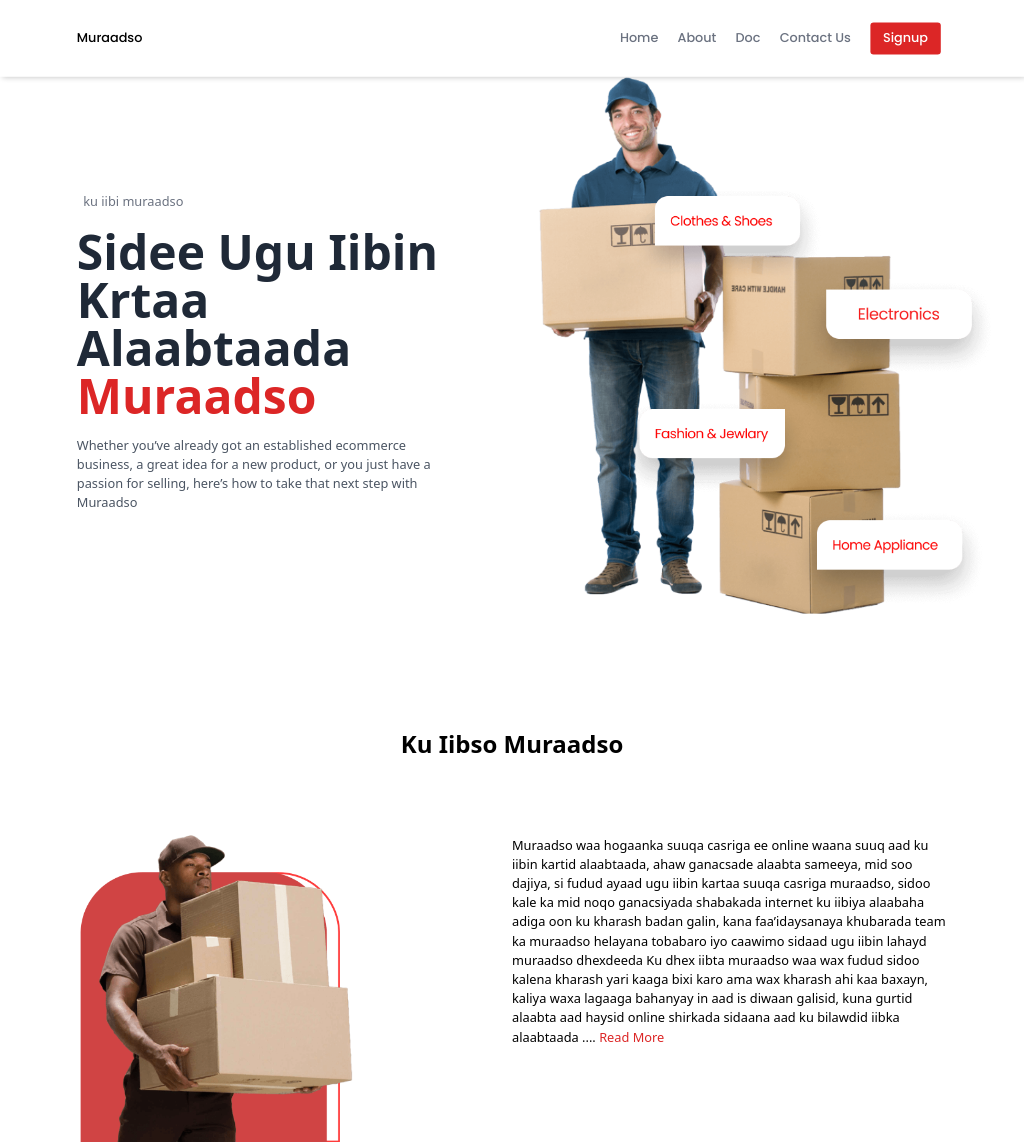
Repository: muraadso/Muraadso-Sellers
Page: /
These files come from the project's save history. The page is drawn as it stood at one moment and after the next save; the edit follows.
The browser window is 1280 px wide. The pictures show the whole page, at 80% of full size.
The project was rebuilt for these pictures with package versions that can differ from the ones it lists, and the page was loaded fresh each time. The framework's server and built-in components were replaced by stand-ins that run in the browser. Also part of the build but not shown: next.config.js.

Above is the page before, as saved 2021-12-05 19:41:49.

After the next save:
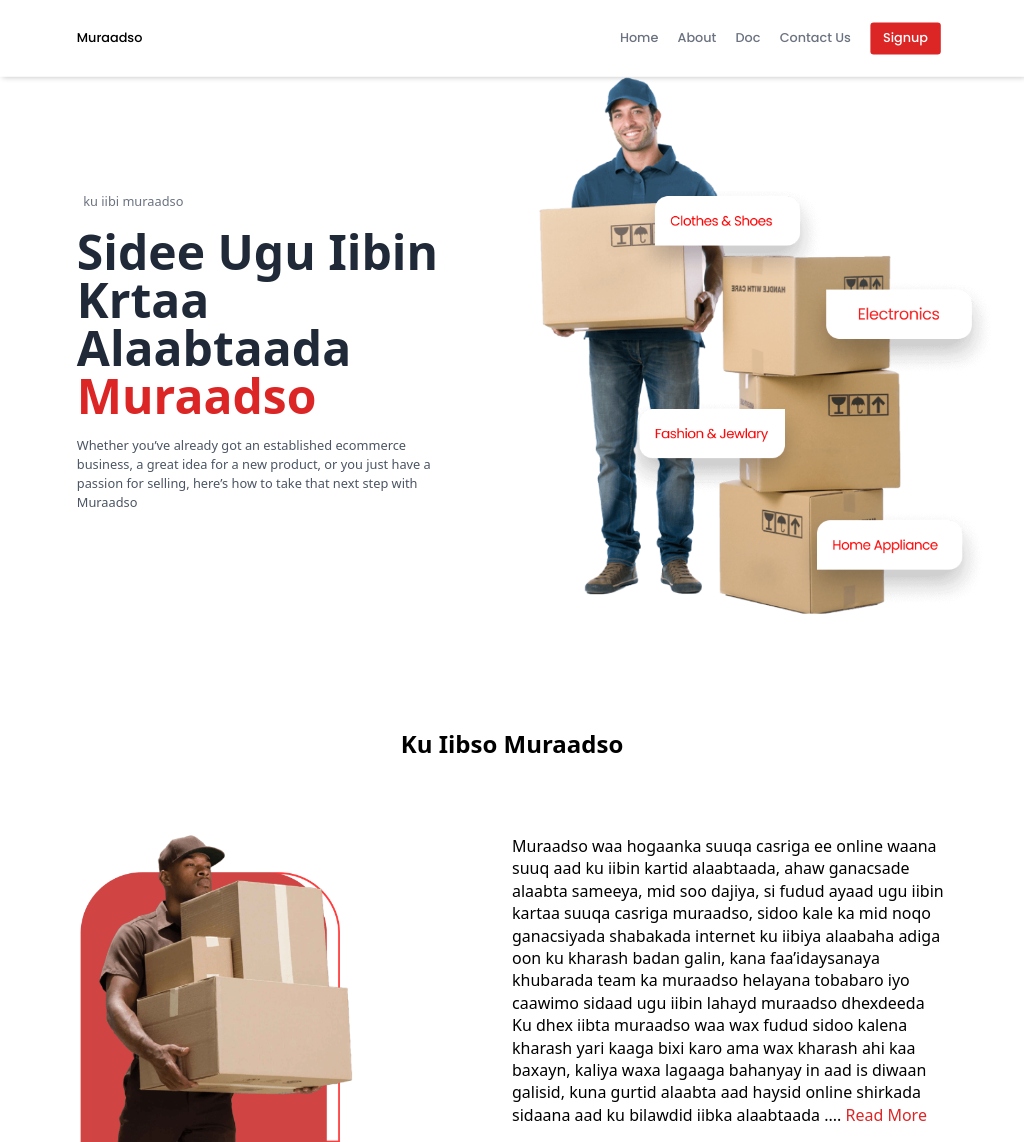
Saved 5 s later.
--- a/components/About.jsx
+++ b/components/About.jsx
@@ -8,7 +8,7 @@ const About = () => {
             <img src="/images/aboutimage.png" className="md:h-96" alt="about image" />
                 </div>
                 <div className="mt-24 about-text">
-                    <p className="">
+                    <p className="text-xl">
                         Muraadso waa hogaanka suuqa casriga ee online waana suuq aad ku iibin kartid alaabtaada, ahaw ganacsade alaabta sameeya, mid soo dajiya, si fudud ayaad ugu iibin kartaa suuqa casriga muraadso, sidoo kale ka mid noqo ganacsiyada shabakada internet ku iibiya alaabaha adiga oon ku kharash badan galin, kana faa’idaysanaya khubarada team ka muraadso helayana tobabaro iyo caawimo sidaad ugu iibin lahayd muraadso dhexdeeda Ku dhex iibta muraadso waa wax fudud sidoo kalena kharash yari kaaga bixi karo ama wax kharash ahi kaa baxayn, kaliya waxa lagaaga bahanyay in aad is diwaan galisid, kuna gurtid alaabta aad haysid online shirkada sidaana aad ku bilawdid iibka alaabtaada  .... <span className="text-red-600">Read More</span>
                     </p>
                 </div>
